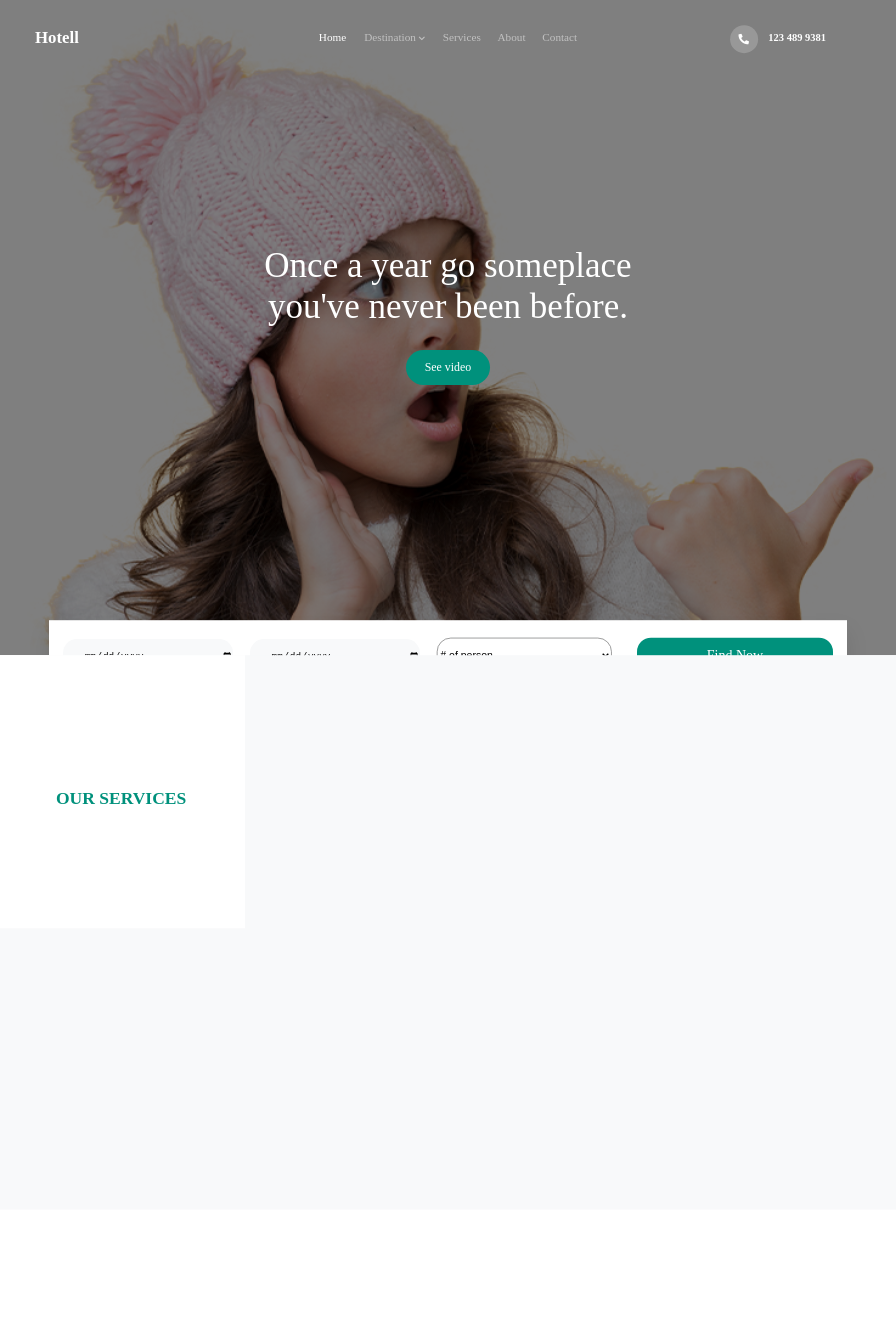
Repository: nhutduy0803/template1
Page: index.html
An editor plug-in stored every save of this project. The page is shown before and after the next save, followed by the edit.
The browser window is 1280 px wide. The pictures show the part of the page from y = 0 to 1920 px (the page is 5000 px tall), at 70% of full size.

Above is the page before, as saved 2021-11-28 13:04:39.

### index.html
<!DOCTYPE html>
<html lang="en">
  <head>
    <meta charset="UTF-8" />
    <meta http-equiv="X-UA-Compatible" content="IE=edge" />
    <meta name="viewport" content="width=device-width, initial-scale=1.0" />
    <title>TEMPLATE</title>
    <link rel="stylesheet" href="./assets/css/style.css" />
    <link
      rel="stylesheet"
      href="./assets/css/font/fontawesome-free-5.15.4-web/css/all.min.css"
    />
  </head>
  <body>
    <div id="main">
      <div class="slider">
        <div class="header">
          <h2>Hotell</h2>
          <div class="nav">
            <ul>
              <li>Home</li>
              <li>
                Destination
                <i class="fas fa-chevron-down"></i>
                <div class="subnav-one">
                  <ul class="sub-nav">
                    <span>Menu one</span>
                    <span>Menu two</span>
                    <span
                      >Dropdown <i class="fas fa-angle-right"></i>
                      <ul class="sub-nav-two">
                        <span>Menu one</span>
                        <span>Menu two</span>
                        <span>Menu three</span>
                      </ul>
                    </span>
                  </ul>
                </div>
              </li>
              <li>Services</li>
              <li>About</li>
              <li>Contact</li>
            </ul>
            <h3><i class="fas fa-phone-alt"></i> 123 489 9381</h3>
            <p>Once a year go someplace <br />you've never been before.</p>
            <a class="seevideo" href="#">See video</a>
          </div>
          <div class="modal-slider">
            <input type="date" name="" id="" />
            <input type="date" />
            <div class="select-person">
              <select id="number-of-person" class="form-control">
                <option value="#of person"># of person</option>
                <option value="0">0</option>
                <option value="1">1</option>
                <option value="2">2</option>
                <option value="3">3</option>
                <option value="4">4</option>
                <option value="5">5</option>
              </select>
            </div>
            <div class="find-now">Find Now</div>
          </div>
        </div>
        <!-- <img src="./assets/css/img/slider.webp" alt="" /> -->
      </div>
      <div class="card">
        <h2>OUR SERVICES</h2>
        <div class="card-children"></div>
      </div>
    </div>
  </body>
</html>

### assets/css/style.css
* {
  margin: 0;
  padding: 0;
  box-sizing: border-box;
}

#main {
  width: 100%;
  height: 5000px;
  background: #fff;
}
.header img {
  width: 100%;
  height: 100%;
}

.header {
  position: relative;
  width: 100%;
  height: 130vh;
  background: linear-gradient(rgba(0, 0, 0, 0.5), rgba(0, 0, 0, 0.5)),
    url("./img/slider.webp") top center / cover no-repeat;
}

.header h3 {
  position: absolute;
  top: 45px;
  right: 100px;
  color: #fff;
  font-size: 15px;
}

.header h2 {
  color: #fff;
  top: 40px;
  position: absolute;
  left: 50px;
}

.nav ul li {
  transition: 0.2s;
  margin: 0 10px;
  display: inline-block;
  color: rgba(221, 221, 221, 0.705);
}

.nav li:hover {
  transition: 0.2s;
  color: #fff;
}

.nav ul li:nth-child(1) {
  color: #fff;
}

.nav {
  padding-top: 45px;
  text-align: center;
}

ul .fa-chevron-down {
  font-size: 10px;
}

.nav ul li:nth-child(2) {
  position: relative;
  transition: 0.3s;
  margin: 0 -35px;
}

.nav ul li:nth-child(2):hover .sub-nav {
  opacity: 1;
  bottom: 10px;
}

.sub-nav {
  border-radius: 10px;
  background: #fff;
  height: 130px;
  width: 180px;
  position: absolute;
  color: #000;
  opacity: 0;
  transition: 0.3s;
  bottom: 0;
}

.subnav-one {
  position: relative;
  height: 150px;
  width: 180px;
}

.sub-nav span {
  padding-right: 70px;
  padding-top: 20px;
  display: block;
}

.sub-nav span:hover {
  color: #00917c;
  transition: 0.2s;
}

.sub-nav span .fa-angle-right {
  position: absolute;
  right: 20px;
}

.sub-nav span:nth-child(3) {
  position: relative;
}

.sub-nav span:nth-child(3):hover .sub-nav-two {
  opacity: 1;
  margin-top: -25px;
}

.sub-nav-two {
  margin-top: 0px;
  margin-left: 180px;
  background: #fff;
  height: 130px;
  width: 180px;
  position: absolute;
  border-radius: 10px;
  color: #000;
  opacity: 0;
  transition: 0.3s;
}

.fa-phone-alt {
  position: absolute;
  left: -55px;
  top: -9px;
  background: rgba(255, 255, 255, 0.2);
  border-radius: 50%;
  height: 40px;
  width: 40px;
  padding-top: 13px;
  color: #fff;
  transition: 0.2s;
  font-size: 15px;
}

.fa-phone-alt:hover {
  border: 2px solid #fff;
  transition: 0.2s;
}

.header p {
  transform: translate(-50%);
  left: 50%;
  color: #fff;
  position: absolute;
  top: 350px;
  font-size: 50px;
}

.seevideo {
  position: absolute;
  top: 500px;
  left: 50%;
  transform: translate(-50%);
  width: 120px;
  height: 50px;
  background: #00917c;
  color: #fff;
  border-radius: 25px;
  display: flex;
  justify-content: center;
  align-items: center;
  text-decoration: none;
  font-size: 17px;
}

.modal-slider {
  width: 1140px;
  height: 120px;
  background: #fff;
  position: absolute;
  bottom: -70px;
  left: 50%;
  transform: translate(-50%);
  box-shadow: 0 15px 30px 0 rgb(0 0 0 / 10%);
}

.modal-slider input {
  margin-top: 27px;
  margin-left: 50px;
  border-radius: 20px;
  background: #f8f9fa;
  padding-left: 30px;
  border: none;
  height: 50px;
  width: 243px;
}

.modal-slider ::-webkit-input-placeholder {
  color: rgba(0, 0, 0, 0.726);
  font-size: 15px;
}

.modal-slider .fa-calendar-alt {
  margin-left: -30px;
}

.modal-slider input {
  margin-left: 20px;
}

.date {
  position: absolute;
  top: 0px;
  width: 200px;
  height: 300px;
  background: #fff;
  z-index: 1;
}

.select-person {
  background: #f8f9fa;
  border-radius: 20px;
  height: 50px;
  width: 250px;
  display: inline-block;
  color: #000;
  margin-left: 20px;
}

.form-control {
  border-radius: 20px;
  background: #fff;
  height: 50px;
  width: 250px;
  color: #000;
  font-size: 15px;
}

.find-now {
  position: absolute;
  right: 20px;
  background: #00917c;
  border-radius: 20px;
  height: 50px;
  width: 280px;
  display: inline-block;
  display: flex;
  justify-content: center;
  align-items: center;
  color: #fff;
  top: 25px;
  font-size: 20px;
}

.find-now:active {
  border: 3px solid #3cc7b2;
}

.card {
  height: 110vh;
  width: 100%;
  background: #f8f9fa;
  position: relative;
}

.card h2 {
  font-weight: 700;
  position: absolute;
  left: 80px;
  top: 190px;
  font-size: 25px;
  color: #00917c;
}

.card-children {
  background: #fff;
  height: 390px;
  width: 350px;
}

Loaded but not shown: assets/css/font/fontawesome-free-5.15.4-web/css/all.min.css (library)

After the next save:
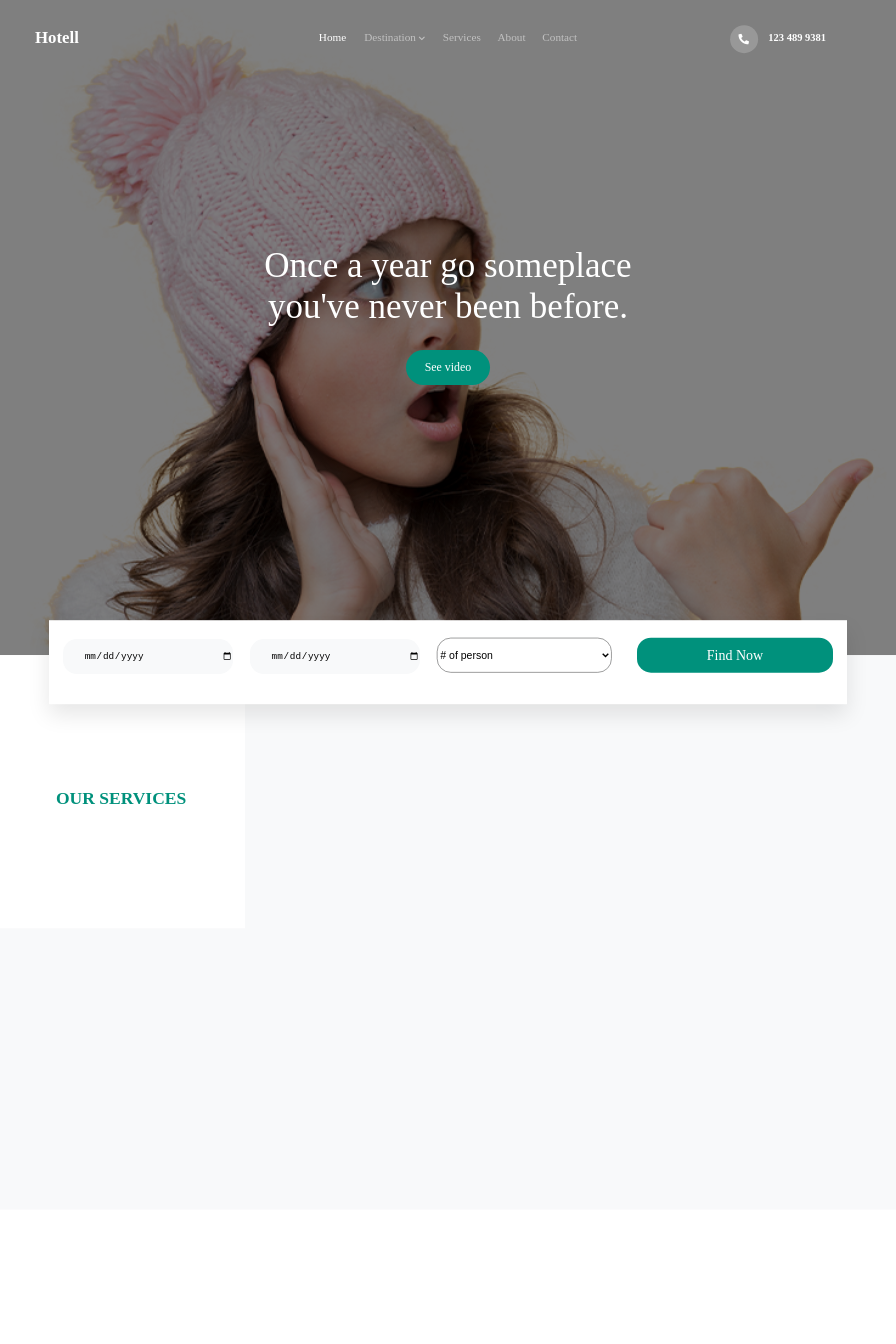
Saved 19 s later.
--- a/assets/css/style.css
+++ b/assets/css/style.css
@@ -175,6 +175,7 @@ ul .fa-chevron-down {
 }
 
 .modal-slider {
+  z-index: 2;
   width: 1140px;
   height: 120px;
   background: #fff;
